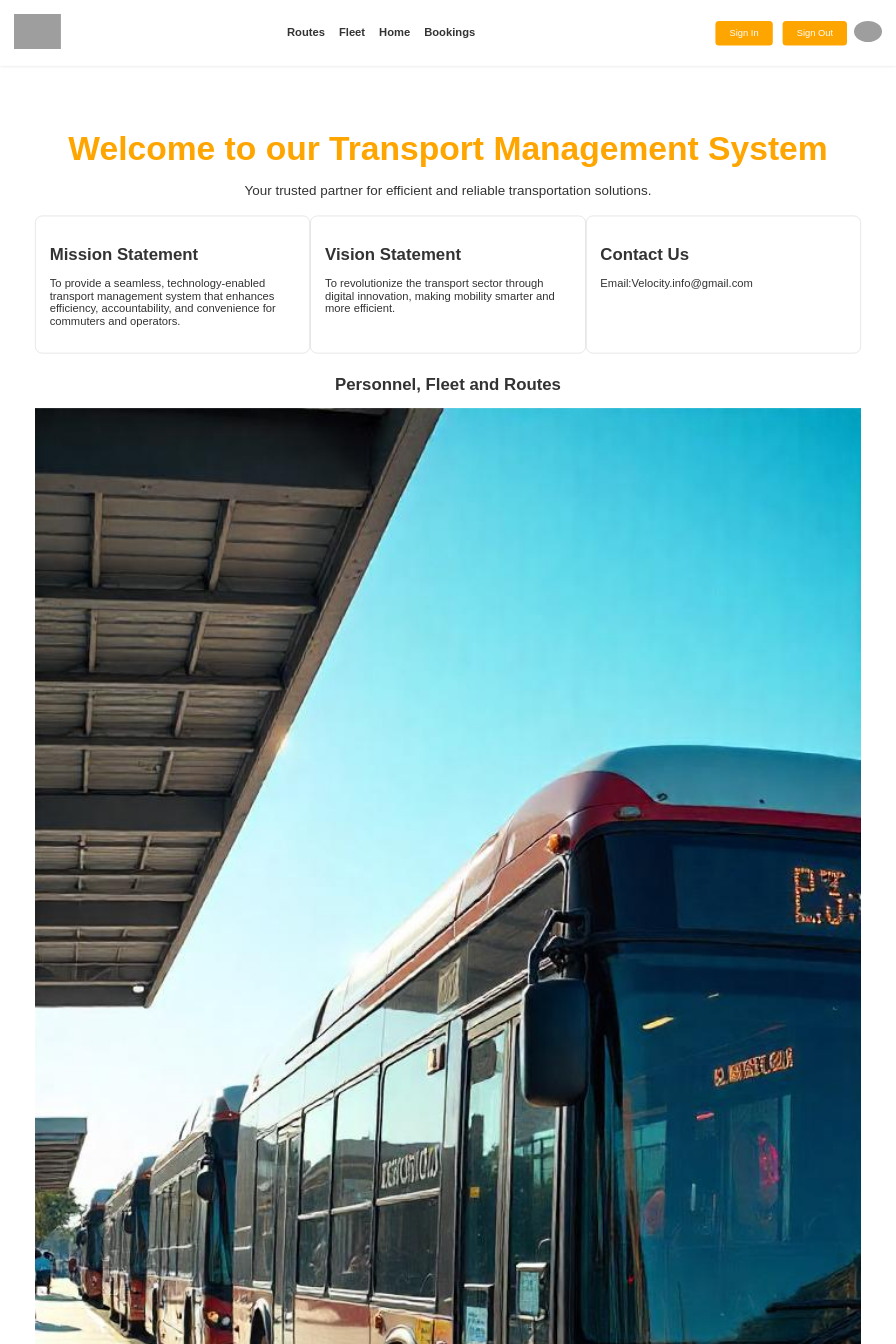
Repository: Ndegwa2/Smart-Transport-System
Page: client/landing page.html
An editor plug-in stored every save of this project. The page is shown before and after the next save, followed by the edit.
The browser window is 1280 px wide. The pictures show the part of the page from y = 0 to 1920 px (the page is 3087 px tall), at 70% of full size.
Pictures or frames that could not be fetched are drawn as grey boxes.

Above is the page before, as saved 2025-03-27 21:59:11.
Not found: client/style.css

After the next save:
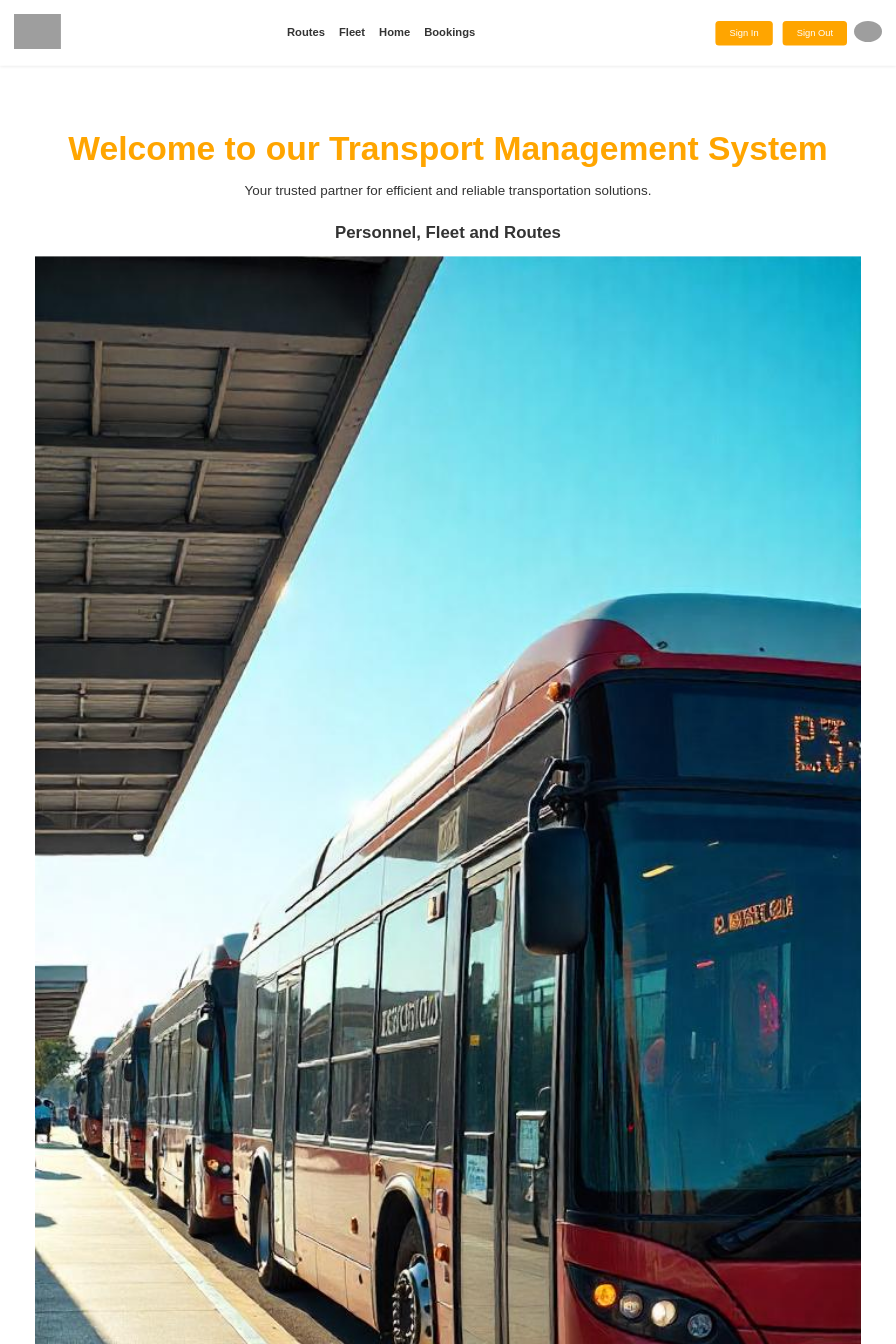
Saved 99 s later.
--- a/client/landing page.html
+++ b/client/landing page.html
@@ -167,22 +167,6 @@ footer {
             <p>Your trusted partner for efficient and reliable transportation solutions.</p>
         </section>
 
-        <section class="mission-vision-contacts">
-            <div class="card">
-                <h2>Mission Statement</h2>
-                <p>To provide a seamless, technology-enabled transport
-                    management system that enhances efficiency, accountability,
-                    and convenience for commuters and operators.</p>
-            </div>
-            <div class="card">
-                <h2>Vision Statement</h2>
-                <p>To revolutionize the transport sector through digital innovation,
-                     making mobility smarter and more efficient.</p>
-            </div>
-            <div class="card">
-                <h2>Contact Us</h2>
-                <p>Email:Velocity.info@gmail.com</p>          </div>
-        </section>
 
         <section class="slideshow">
             <h2>Personnel, Fleet and Routes</h2>
@@ -198,6 +182,26 @@ footer {
                 </div>
             </div>
         </section>
+
+
+        <section class="mission-vision-contacts">
+            <div class="card">
+                <h2>Mission Statement</h2>
+                <p>To provide a seamless, technology-enabled transport
+                    management system that enhances efficiency, accountability,
+                    and convenience for commuters and operators.</p>
+            </div>
+            <div class="card">
+                <h2>Vision Statement</h2>
+                <p>To revolutionize the transport sector through digital innovation,
+                     making mobility smarter and more efficient.</p>
+            </div>
+            <div class="card">
+                <h2>Contact Us</h2>
+                <p>Email:Velocity.info@gmail.com</p>          </div>
+        </section>
+
+
     </main>
     <footer>
         <p>&copy; 2025 Transport Management System</p>
